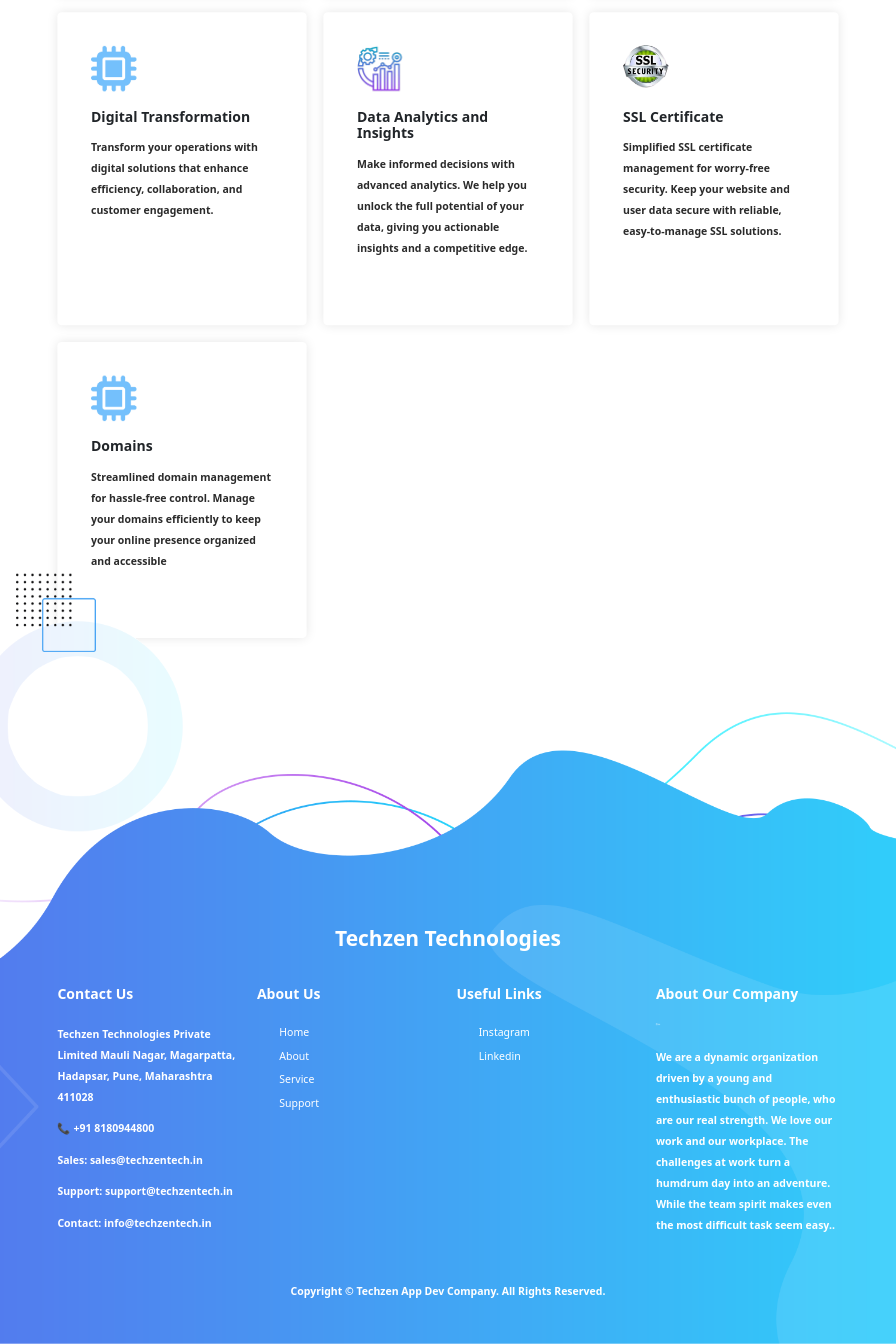
Repository: vijayholve/techzen
Page: service.html
An editor plug-in stored every save of this project. The page is shown before and after the next save, followed by the edit.
The browser window is 1280 px wide. The pictures show the part of the page from y = 1801 to 3721 px (the page is 3721 px tall before and 3628 px after), at 70% of full size.
Some web libraries are served in a nearby version.

Above is the page before, as saved 2024-11-13 16:30:33.
Console error: TypeError: Cannot read properties of null (reading 'addEventListener')

### service.html

<!DOCTYPE html>
<html lang="en">

  <head>

    <meta charset="UTF-8">
    <meta name="viewport" content="width=device-width, initial-scale=1, shrink-to-fit=no">
    <meta name="description" content="">
    <meta name="author" content="">
    <link rel="stylesheet" href="https://cdnjs.cloudflare.com/ajax/libs/font-awesome/5.8.1/css/all.min.css">
    <link rel="preload" href="https://use.fontawesome.com/releases/v5.8.1/webfonts/fa-solid-900.woff2" as="font" type="font/woff2" crossorigin="anonymous">

    <link rel="preconnect" href="https://fonts.googleapis.com">
    <link rel="preconnect" href="https://fonts.gstatic.com" crossorigin>
    <link href="https://fonts.googleapis.com/css2?family=Roboto:wght@100;300;400;500;700;900&display=swap" rel="stylesheet">

    <title>Techzen</title>

    <!-- Bootstrap core CSS -->
    <link href="vendor/bootstrap/css/bootstrap.min.css" rel="stylesheet">

<!--

TemplateMo 570 Chain App Dev

https://templatemo.com/tm-570-chain-app-dev

-->

    <!-- Additional CSS Files -->
    <link rel="stylesheet" href="https://use.fontawesome.com/releases/v5.8.1/css/all.css" integrity="sha384-50oBUHEmvpQ+1lW4y57PTFmhCaXp0ML5d60M1M7uH2+nqUivzIebhndOJK28anvf" crossorigin="anonymous">
    <link rel="stylesheet" href="assets/css/templatemo-chain-app-dev.css">
    <link rel="stylesheet" href="assets/css/animated.css">
    <link rel="stylesheet" href="assets/css/owl.css">
<style>
    .img-service{
        width: 250px;
        height: auto;
        margin-bottom: 20px;
      }
    .service{
        margin-top: 1150px;
        top:30px;
    }
    .main-nav .nav {
  display: none;
}

.main-nav .nav.active {
  display: block;
}
.menu-trigger {
  display: inline-block;
  cursor: pointer;
}

.menu-trigger span {
  display: block;
  background: #333;
  width: 30px;
  height: 3px;
  margin: 5px 0;
}
.container-xxl .container-flued .row {
  justify-content: space-evenly;

}
</style>
<link href="https://cdn.jsdelivr.net/npm/bootstrap@5.3.0/dist/css/bootstrap.min.css" rel="stylesheet">
<link rel="stylesheet" href="assets/css/other.css">
</head>

<body>

<header class="navbar navbar-expand-lg fixed-top header-area header-sticky wow slideInDown" data-wow-duration="0.75s" data-wow-delay="0s">
  <div class="container">
    <div class="row">
      <div class="col-12">
        <nav class="main-nav">
          <!-- ***** Logo Start ***** -->
          <a href="index.html" class="logo img-fluid">
            <img src="assets/images/logo-tech.png" class="img-fluid custom-logo" alt="Chain App Dev">
          </a>

          <!-- ***** Logo End ***** -->
          <!-- ***** Menu Start ***** -->
          <ul class="nav">
            <li class="scroll-to-section"><a href="index.html" >Home</a></li>
            <li class="scroll-to-section"><a href="service.html" class="text-primary">Services</a></li>
            <li class="scroll-to-section"><a href="about.html">About</a></li>
            <li class="scroll-to-section"><a href="support.html"  >Solution</a></li>
          </ul>
          <!-- ***** Menu End ***** -->
        </nav>
      </div>
    </div>
  </div>
</header>

<div id="services" class="services section">
  <div class="container">
    <div class="row">
      <div class="col-lg-8 offset-lg-2">
        <div class="section-heading  wow fadeInDown" data-wow-duration="1s" data-wow-delay="0.5s">
          <h4>Our
            <em>Services</em></h4>
          <img src="assets/images/heading-line-dec.png" alt="">

          </p>
        </div>
      </div>
    </div>
  </div>
<div class="container">

  <div class="row g-4">
      <div class="col-lg-4 col-md-6  wow fadeInUp" data-wow-delay="0.4s">
          <div class="service-item mt-4 rounded h-100 p-5">
              <div class="d-inline-flex align-items-center justify-content-center bg-white rounded-circle mb-4" style="width: 65px; height: 65px;">
                  <img src="all images/th__8_-removebg-preview.png" alt="">
              </div>
              <h4 class="mb-3">Cloud Solutions</h4>
              <p class="mb-4">Empower your business with cloud infrastructure that scales with your growth. Our cloud
                solutions cover everything from migration to managed services, ensuring security, flexibility,
                and cost-efficiency.</p>
          </div>
      </div>
      <div class="col-lg-4 col-md-6 wow fadeInUp" data-wow-delay="0.4s">
          <div class="service-item mt-4 rounded h-100 p-5">
              <div class="d-inline-flex align-items-center justify-content-center bg-white rounded-circle mb-4" style="width: 65px; height: 65px;">
                  <img src="assets/images/about.jpg" alt="">
              </div>
              <h4 class="mb-3">Software Development</h4>
              <p class="mb-4">Bring your vision to life with customized software tailored to meet your specific business
                objectives. From design to deployment, we offer full-cycle software development services.</p>
          </div>
      </div>
      <div class="col-lg-4 col-md-6 wow fadeInUp" data-wow-delay="0.4s">
          <div class="service-item mt-4 rounded h-100 p-5">
              <div class="d-inline-flex align-items-center justify-content-center bg-white rounded-circle mb-4" style="width: 65px; height: 65px;">
                  <img src="assets/images/microchip-solid__1___2_-removebg-preview.png" alt="">
              </div>
              <h4 class="mb-3">Website Development</h4>
              <p class="mb-4">A powerful website makes a powerful brand. Our expert team creates responsive, visually
                appealing, and functionally robust websites that drive engagement and enhance your brand's
                online presence..</p>
          </div>
      </div>
      <div class="col-lg-4 col-md-6 wow fadeInUp" data-wow-delay="0.4s">
          <div class="service-item mt-4 rounded h-100 p-5">
              <div class="d-inline-flex align-items-center justify-content-center bg-white rounded-circle mb-4" style="width: 65px; height: 65px;">
                  <img src="assets/images/th__10_-removebg-preview.png" alt="">

              </div>
              <h4 class="mb-3">Website Maintenance</h4>
              <p class="mb-4">Ensure your website runs smoothly around the clock with our 24x7 proactive care. We
                handle routine updates, URL monitoring, uptime checks, and more to keep your site fully
                operational.
                </p>
          </div>
      </div>
      <div class="col-lg-4 col-md-6 wow fadeInUp" data-wow-delay="0.4s">
          <div class="service-item mt-4 rounded h-100 p-5">
              <div class="d-inline-flex align-items-center justify-content-center bg-white rounded-circle mb-4" style="width: 65px; height: 65px;">
                  <img src="assets/images/th__11_-removebg-preview.png" alt="">
              </div>
              <h4 class="mb-3">PHP Development</h4>
              <p class="mb-4">Leverage the latest in PHP technology to build scalable, secure, and high-performance
                applications, whether you’re a startup or an established enterprise.
                </p>
          </div>
      </div>
      <div class="col-lg-4 col-md-6 wow fadeInUp" data-wow-delay="0.4s">
          <div class="service-item mt-4 rounded h-100 p-5">
              <div class="d-inline-flex align-items-center justify-content-center bg-white rounded-circle mb-4" style="width: 65px; height: 65px;">
                  <img src="assets/images/download-removebg-preview (1).png" alt="">
              </div>
              <h4 class="mb-3">WordPress Development</h4>
              <p class="mb-4">Get premium, responsive WordPress solutions tailored to your business needs. We
                specialize in custom WordPress themes, plugins, and optimizations that maximize user
                experience.
                </p>
          </div>
      </div>
      <div class="col-lg-4 col-md-6 wow fadeInUp" data-wow-delay="0.4s">
          <div class="service-item mt-4 rounded h-100 p-5">
              <div class="d-inline-flex align-items-center justify-content-center bg-white rounded-circle mb-4" style="width: 65px; height: 65px;">
                  <img src="assets/images/th__12_-removebg-preview.png" alt="">
              </div>
              <h4 class="mb-3">E-commerce Development</h4>
              <p class="mb-4">Build unique, responsive e-commerce platforms designed for online growth. Our
                e-commerce solutions provide seamless shopping experiences that drive conversions and
                boost sales.
                .</p>
          </div>
      </div>
      <div class="col-lg-4 col-md-6 wow fadeInUp" data-wow-delay="0.4s">
          <div class="service-item mt-4 rounded h-100 p-5">
              <div class="d-inline-flex align-items-center justify-content-center bg-white rounded-circle mb-4" style="width: 65px; height: 65px;">
                  <img src="assets/images/th__2_-removebg-preview (1).png" alt="">
              </div>
              <h4 class="mb-3">Managed IT Services</h4>
              <p class="mb-4">Focus on your core business while we manage your IT infrastructure. Our proactive
                approach ensures smooth operations, minimal downtime, and optimized resources.</p>
          </div>
      </div>
      <div class="col-lg-4 col-md-6 wow fadeInUp" data-wow-delay="0.4s">
          <div class="service-item mt-4 rounded h-100 p-5">
              <div class="d-inline-flex align-items-center justify-content-center bg-white rounded-circle mb-4" style="width: 65px; height: 65px;">
                  <img src="assets/images/th__1_-removebg-preview (2).png" alt="">
              </div>
              <h4 class="mb-3">Cybersecurity</h4>
              <p class="mb-4">Protect your business from cyber threats with our comprehensive security solutions,
                including risk assessment, threat detection, and continuous monitoring.
                </p>
          </div>
      </div>
      <div class="col-lg-4 col-md-6 wow fadeInUp" data-wow-delay="0.4s">
          <div class="service-item mt-4 rounded h-100 p-5">
              <div class="d-inline-flex align-items-center justify-content-center bg-white rounded-circle mb-4" style="width: 65px; height: 65px;">
                  <img src="assets/images/microchip-solid__1___2_-removebg-preview.png" alt="">
              </div>
              <h4 class="mb-3">Digital Transformation</h4>
              <p class="mb-4">Transform your operations with digital solutions that enhance efficiency, collaboration, and
                customer engagement.</p>
          </div>
      </div>
      <div class="col-lg-4 col-md-6 wow fadeInUp" data-wow-delay="0.4s">
          <div class="service-item mt-4 rounded h-100 p-5">
              <div class="d-inline-flex align-items-center justify-content-center bg-white rounded-circle mb-4" style="width: 65px; height: 65px;">
                  <img src="assets/images/th__3_-removebg-preview.png" alt="">
              </div>
              <h4 class="mb-3">Data Analytics and Insights</h4>
              <p class="mb-4">Make informed decisions with advanced analytics. We help you unlock the full potential of
                your data, giving you actionable insights and a competitive edge.
                </p>
          </div>
      </div>
      <div class="col-lg-4 col-md-6 wow fadeInUp" data-wow-delay="0.4s">
          <div class="service-item mt-4 rounded h-100 p-5">
              <div class="d-inline-flex align-items-center justify-content-center bg-white rounded-circle mb-4" style="width: 65px; height: 65px;">
                  <img src="assets/images/th__4_-removebg-preview.png" alt="">
              </div>
              <h4 class="mb-3">SSL Certificate</h4>
              <p class="mb-4">Simplified SSL certificate management for worry-free security. Keep your website and user
                data secure with reliable, easy-to-manage SSL solutions.</p>
          </div>
      </div>
      <div class="col-lg-4 col-md-6 wow fadeInUp" data-wow-delay="0.4s">
          <div class="service-item mt-4 rounded h-100 p-5">
              <div class="d-inline-flex align-items-center justify-content-center bg-white rounded-circle mb-4" style="width: 65px; height: 65px;">
                  <img src="assets/images/microchip-solid__1___2_-removebg-preview.png" alt="">
              </div>
              <h4 class="mb-3">Domains</h4>
              <p class="mb-4">Streamlined domain management for hassle-free control. Manage your domains efficiently to
                keep your online presence organized and accessible</p>
          </div>
      </div>
      <!-- <div class="col-lg-4 col-md-6">
          <div class="service-item mt-4 rounded h-100 p-5">
              <div class="d-inline-flex align-items-center justify-content-center bg-white rounded-circle mb-4" style="width: 65px; height: 65px;">
                  <img src="assets/images/th__8_-removebg-preview.png" alt="">
              </div>
              <h4 class="mb-3">Voice Process</h4>
              <p class="mb-4">Streamlined domain management for hassle-free control. Manage your domains efficiently to
keep your online presence organized and accessible</p>
          </div>
      </div> -->
      </div>
          </div>
</div>




<footer id="newsletter">
  <div class="container">
    <div class="row">
      <div class="col-lg-8 offset-lg-2">
        <div class="section-heading">
          <h4>Techzen Technologies </h4>
        </div>
      </div>
      <div class="col-lg-6 offset-lg-3">

      </div>
    </div>
    <div class="row">
      <div class="col-lg-3">
        <div class="footer-widget">
          <h4>Contact Us</h4>
          <p>
            Techzen Technologies Private Limited
            Mauli Nagar, Magarpatta, Hadapsar, Pune, Maharashtra 411028</p>
          <p><a href="#">
            📞 +91 8180944800
            </a></p>
          <p><a href="#">Sales: sales@techzentech.in</a></p>
          <p><a href="#"> Support: support@techzentech.in</a></p>
            <p><a href="#"> Contact: info@techzentech.in</a></p>
        </div>
      </div>
      <div class="col-lg-3">
        <div class="footer-widget">
          <h4>About Us</h4>

          <ul>
            <li><a href="index.html">Home</a></li>
            <li><a href="about.html">About</a></li>
            <li><a href="service.html">Service</a></li>
            <li><a href="support.html">Support</a></li>

          </ul>
        </div>
      </div>
      <div class="col-lg-3">
        <div class="footer-widget">
          <h4>Useful Links</h4>
          <ul>
            <li><a href="https://www.instagram.com/techzen_technologies_
              ">Instagram </a></li>
            <li><a href="https://www.linkedin.com/in/techzen-technologies-4746372a7
              ">Linkedin</a></li>
            <!-- <li><a href="#">Development</a></li>
            <li><a href="#">App News</a></li> -->
          </ul>
          <!-- <ul>
            <li><a href="#">App Dev Team</a></li>
            <li><a href="#">Digital Web</a></li>
            <li><a href="#">Normal Apps</a></li>
          </ul> -->
        </div>
      </div>
      <div class="col-lg-3">
        <div class="footer-widget">
          <h4>About Our Company</h4>
          <div class="logo">
            <img src="assets/images/white-logo.png" alt="">
          </div>
          <p>We are a dynamic organization driven by a young and enthusiastic bunch of people, who are our real strength. We love our work and our workplace. The challenges at work turn a humdrum day into an adventure. While the team spirit makes even the most difficult task seem easy..</p>
        </div>
      </div>
      <div class="col-lg-12">
        <div class="copyright-text">
          <p>Copyright © Techzen App Dev Company. All Rights Reserved.
        </div>
      </div>
    </div>
  </div>
</footer>
 <!-- Scripts -->
 <script src="vendor/jquery/jquery.min.js"></script>
 <script src="https://code.jquery.com/jquery-3.3.1.slim.min.js" integrity="sha384-q8i/X+965DzO0rT7abK41JStQIAqVgRVzpbzo5smXKp4YfRvH+8abtTE1Pi6jizo" crossorigin="anonymous"></script>
 <script src="https://cdn.jsdelivr.net/npm/popper.js@1.14.7/dist/umd/popper.min.js" integrity="sha384-UO2eT0CpHqdSJQ6hJty5KVphtPhzWj9WO1clHTMGa3JDZwrnQq4sF86dIHNDz0W1" crossorigin="anonymous"></script>
 <script src="https://cdn.jsdelivr.net/npm/bootstrap@4.3.1/dist/js/bootstrap.min.js" integrity="sha384-JjSmVgyd0p3pXB1rRibZUAYoIIy6OrQ6VrjIEaFf/nJGzIxFDsf4x0xIM+B07jRM" crossorigin="anonymous"></script> <script src="assets/js/owl-carousel.js"></script>
 <script src="assets/js/animation.js"></script>

<script>
    document.addEventListener('DOMContentLoaded', function() {
  const menuTrigger = document.querySelector('.menu-trigger');
  const nav = document.querySelector('.main-nav .nav');

  menuTrigger.addEventListener('click', function() {
    nav.classList.toggle('active');
  });
});
</script>
</body>
</html>

Loaded but not shown: vendor/bootstrap/css/bootstrap.min.css (library); assets/css/animated.css (common file); vendor/jquery/jquery.min.js (library); assets/js/owl-carousel.js (3448 lines, source omitted); assets/js/animation.js (193 lines, source omitted); assets/css/templatemo-chain-app-dev.css (2269 lines, source omitted); assets/css/owl.css (186 lines, source omitted); assets/css/other.css (206 lines, source omitted)

After the next save:
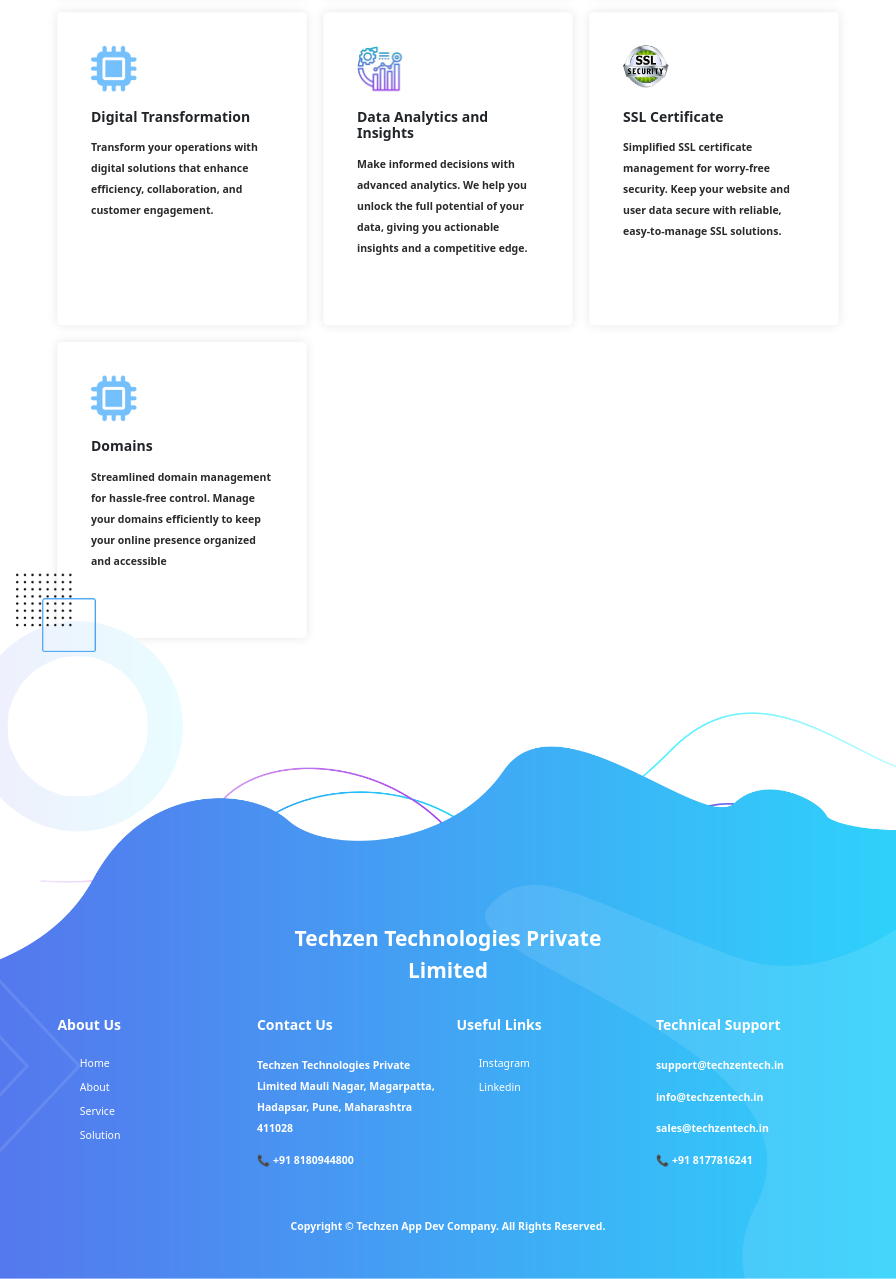
Saved 32 s later.
--- a/service.html
+++ b/service.html
@@ -274,12 +274,13 @@
 
 
 
+
 <footer id="newsletter">
   <div class="container">
     <div class="row">
       <div class="col-lg-8 offset-lg-2">
         <div class="section-heading">
-          <h4>Techzen Technologies </h4>
+          <h4>Techzen Technologies Private limited</h4>
         </div>
       </div>
       <div class="col-lg-6 offset-lg-3">
@@ -287,6 +288,17 @@
       </div>
     </div>
     <div class="row">
+        <div class="col-lg-3">
+          <div class="footer-widget">
+            <h4>About Us</h4>
+
+            <ul>
+              <li><a href="index.html">Home</a></li>
+              <li><a href="about.html">About</a></li>
+              <li><a href="service.html">Service</a></li>
+              <li><a href="support.html">Solution</a></li>
+          </div>
+        </div>
       <div class="col-lg-3">
         <div class="footer-widget">
           <h4>Contact Us</h4>
@@ -296,22 +308,8 @@
           <p><a href="#">
             📞 +91 8180944800
             </a></p>
-          <p><a href="#">Sales: sales@techzentech.in</a></p>
-          <p><a href="#"> Support: support@techzentech.in</a></p>
-            <p><a href="#"> Contact: info@techzentech.in</a></p>
-        </div>
-      </div>
-      <div class="col-lg-3">
-        <div class="footer-widget">
-          <h4>About Us</h4>
-
-          <ul>
-            <li><a href="index.html">Home</a></li>
-            <li><a href="about.html">About</a></li>
-            <li><a href="service.html">Service</a></li>
-            <li><a href="support.html">Support</a></li>
-
-          </ul>
+          <!--<p><a href="#"> Support: support@techzentech.in</a></p>
+            <p><a href="#"> Contact: info@techzentech.in</a></p>  -->
         </div>
       </div>
       <div class="col-lg-3">
@@ -333,6 +331,22 @@
         </div>
       </div>
       <div class="col-lg-3">
+          <div class="footer-widget">
+            <h4>Technical Support </h4>
+            <p>
+
+                <p><a href="#">  support@techzentech.in</a></p>
+                <p><a href="#">  info@techzentech.in</a></p>
+                <p><a href="#">sales@techzentech.in</a></p>
+            <p><a href="#">
+              📞 +91 8177816241
+              </a></p>
+            <!-- <p><a href="#">Sales: sales@techzentech.in</a></p> -->
+            <!-- <p><a href="#"> Support: support@techzentech.in</a></p>
+              <p><a href="#"> Contact: info@techzentech.in</a></p> -->
+          </div>
+        </div>
+      <!-- <div class="col-lg-3">
         <div class="footer-widget">
           <h4>About Our Company</h4>
           <div class="logo">
@@ -340,7 +354,7 @@
           </div>
           <p>We are a dynamic organization driven by a young and enthusiastic bunch of people, who are our real strength. We love our work and our workplace. The challenges at work turn a humdrum day into an adventure. While the team spirit makes even the most difficult task seem easy..</p>
         </div>
-      </div>
+      </div> -->
       <div class="col-lg-12">
         <div class="copyright-text">
           <p>Copyright © Techzen App Dev Company. All Rights Reserved.
